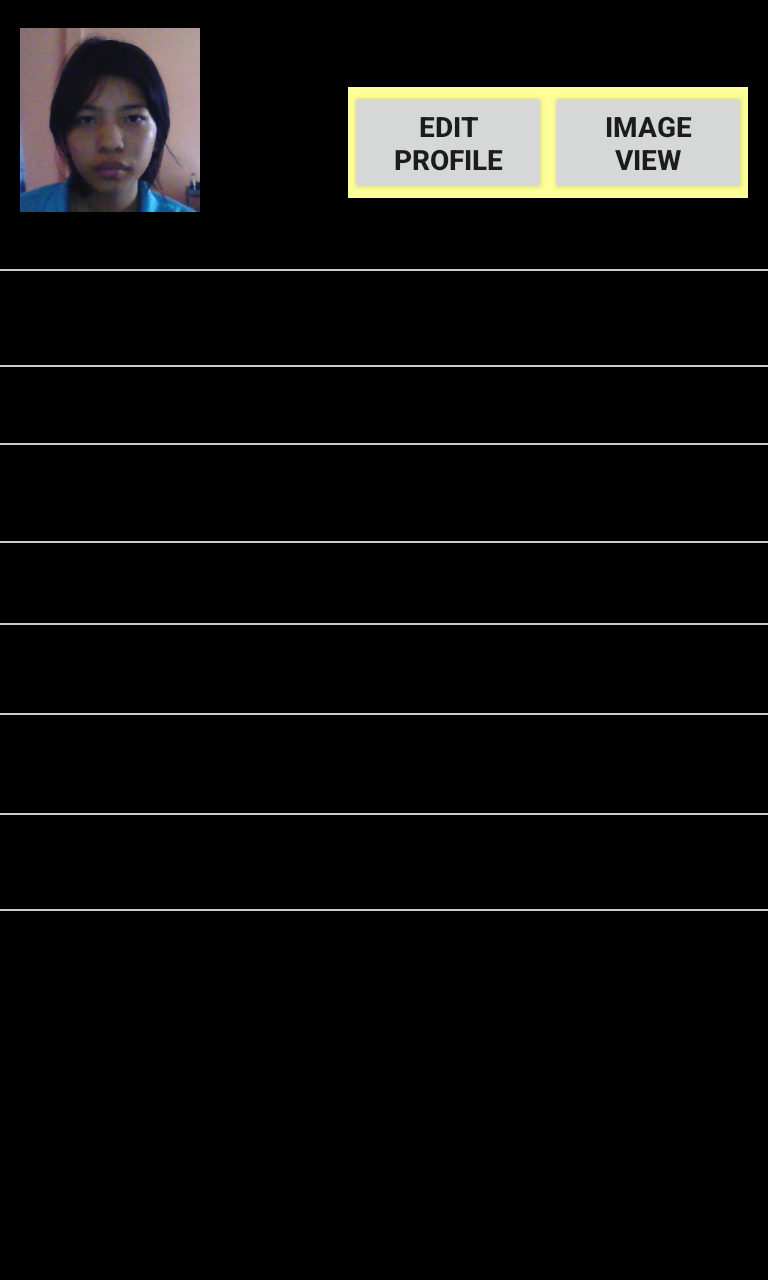
Repository: Android55410599/PROFILE
Layout: Resume_55410559/res/layout/activity_main.xml
An editor plug-in stored every save of this project. The layout is shown before and after the next save, followed by the edit.
It is drawn on a 768 x 1280 px phone screen (xhdpi) without system bars, with theme AppTheme; the app's code is not run.

Above is the layout before, as saved 2014-09-03 13:49:27.

After the next save:
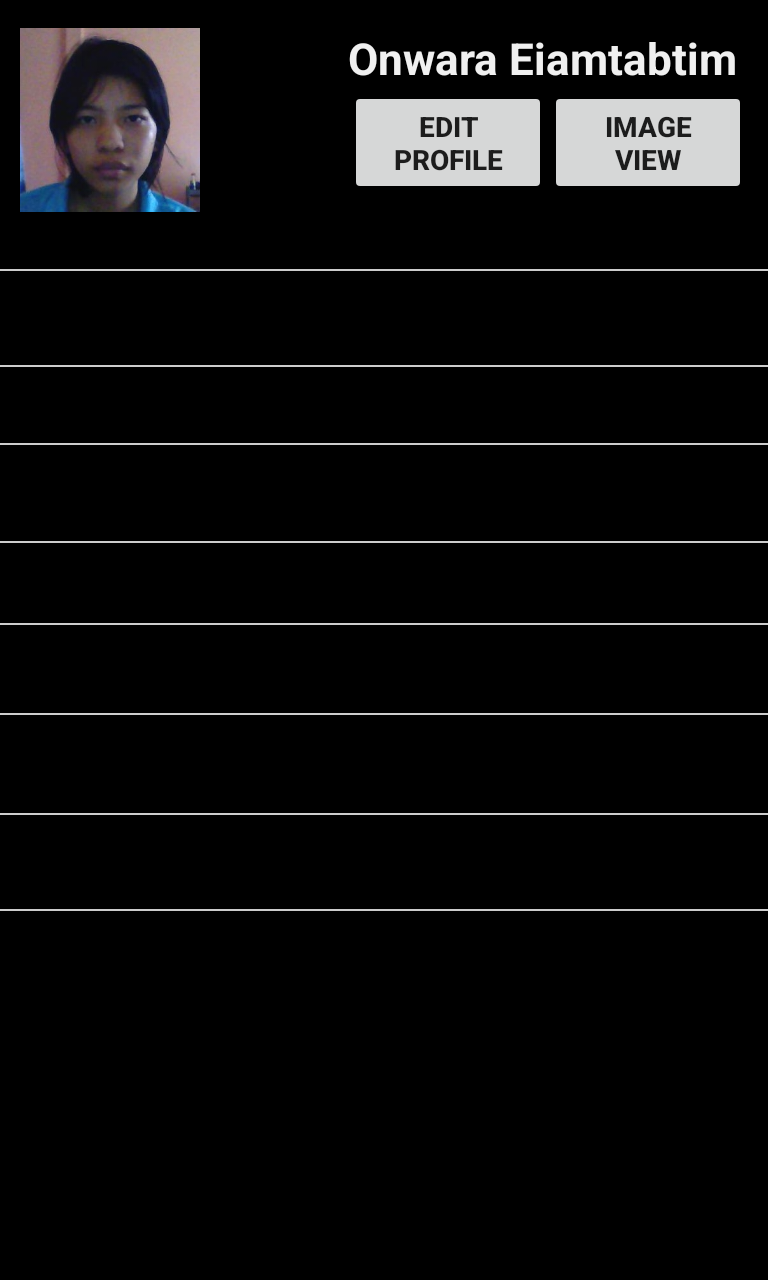
Saved 4 min 16 s later.
--- a/Resume_55410559/res/layout/activity_main.xml
+++ b/Resume_55410559/res/layout/activity_main.xml
@@ -29,6 +29,7 @@
         android:layout_marginTop="14dp"
         android:text="Onwara Eiamtabtim"
         android:textAppearance="?android:attr/textAppearanceLarge"
+        android:textColor="#F0F0F0"
         android:textStyle="bold" />
 
     <LinearLayout
@@ -38,7 +39,7 @@
         android:layout_alignParentRight="true"
         android:layout_below="@id/textView1"
         android:layout_marginRight="10dp"
-        android:background="#FFFF99" >
+        android:background="#000000" >
 
         <Button
             android:id="@+id/btn1"
